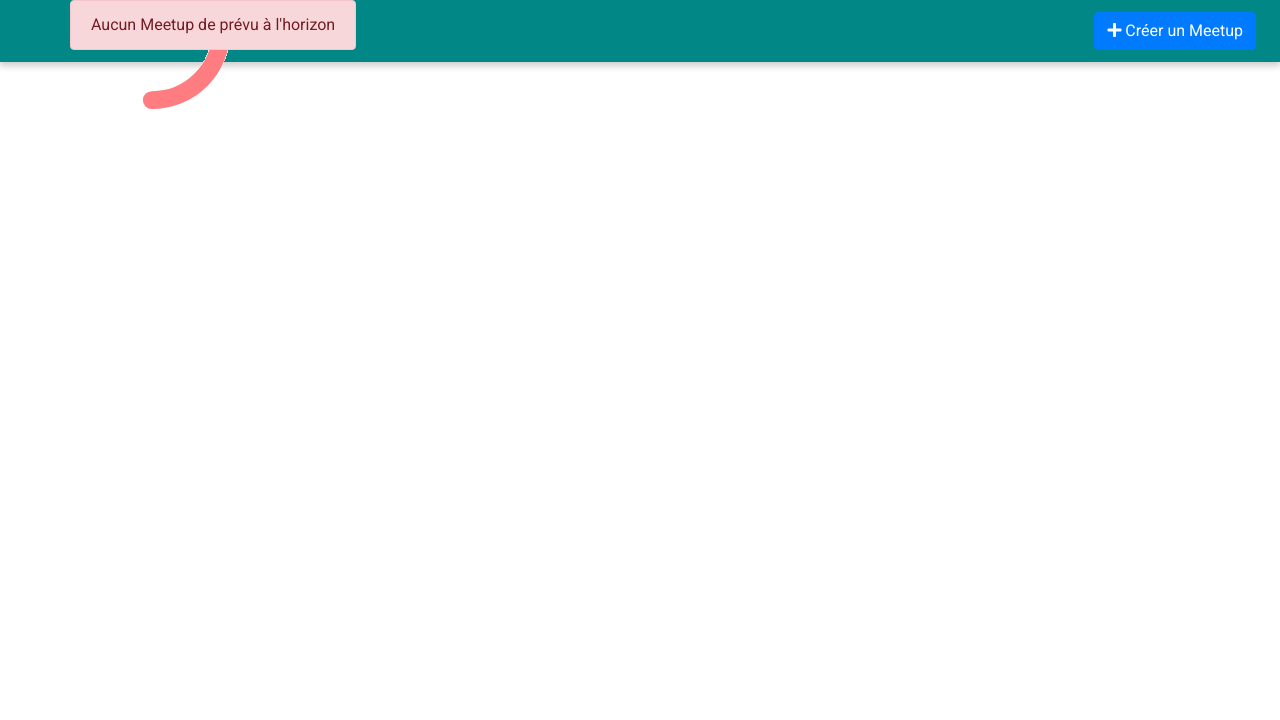
Repository: Symfomany/backandfront
Page: / (app in front/)
The author's editor kept a copy of each file at every save. The page is drawn from the files as they stood at one save, then again after the next save.
The browser window is 1280 px wide. The pictures show the whole page.
The page's requests for data from a server got no answer. Some web libraries are served in a nearby version. The project was rebuilt for these pictures with package versions that can differ from the ones it lists, and the page was loaded fresh each time. No one was signed in, and anything a server would have sent is missing. Also part of the build but not shown: front/src/Meetup.css, front/src/Meetup.js, front/src/FormMeetup.js.

Above is the page before, as saved 2018-05-28 20:54:57.

After the next save:
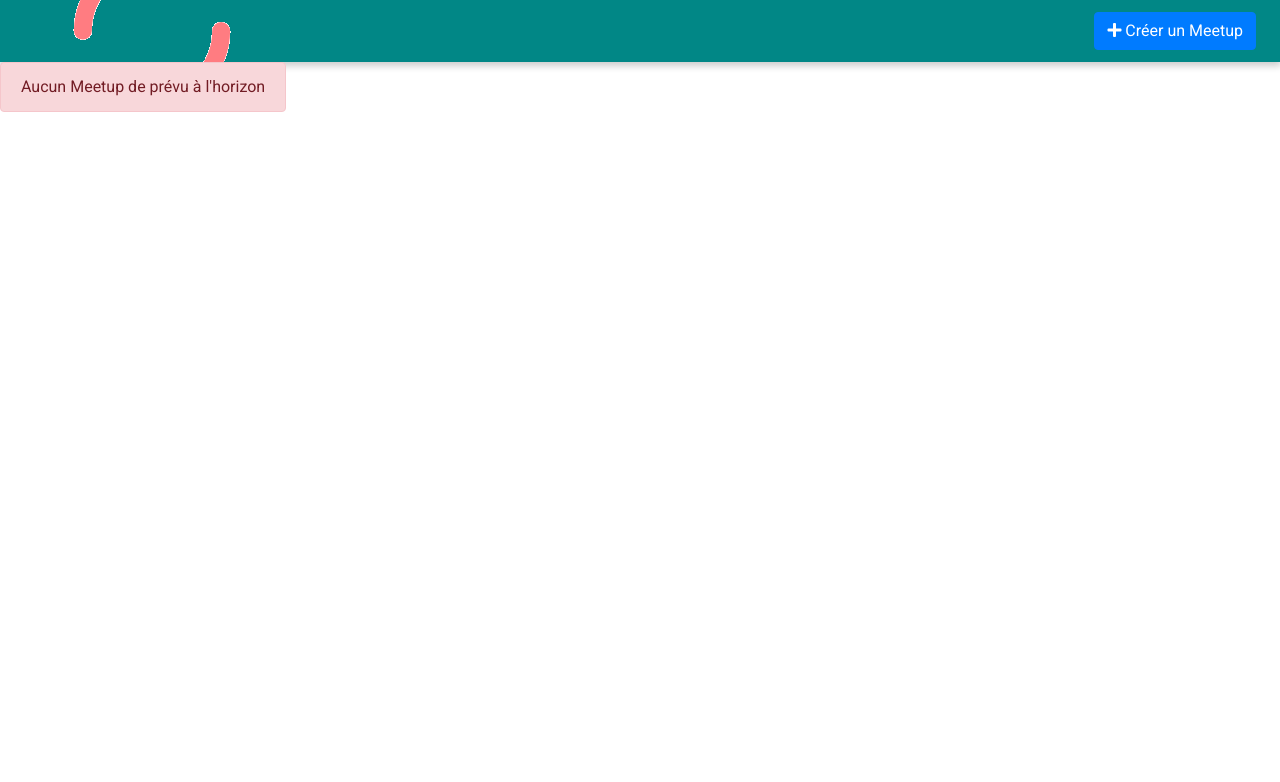
Saved 38 s later.
--- a/front/src/App.js
+++ b/front/src/App.js
@@ -59,7 +59,7 @@
       <div>
         <Navbar />
 
-        <div className="container">
+        <div className="container animated-page-wrapper">
           {/* Declarations of Routes  --> */}
 
           <Route exact path="/" render={MyListe} />
